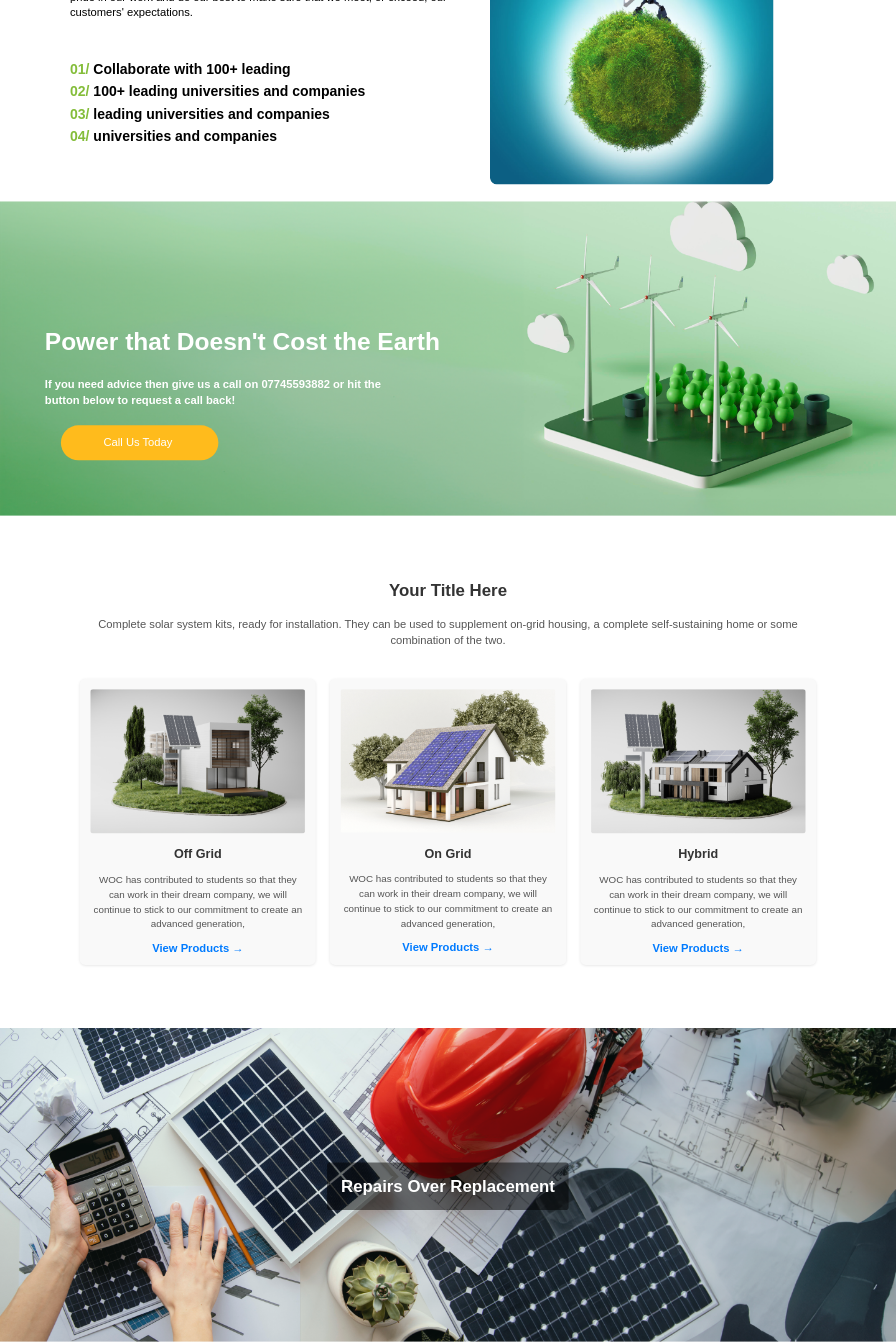
Repository: MaramNabil872/Landing-Page
Page: landingPage.html
These files come from the project's save history. The page is drawn as it stood at one moment and after a run of saves; the edit follows.
The browser window is 1280 px wide. The pictures show the part of the page from y = 1142 to 3062 px (the page is 3062 px tall), at 70% of full size.

Above is the page before, as saved 2024-10-20 22:15:25.

### landingPage.html
<!DOCTYPE html>
<html lang="en">
    <head>
        <meta charset="UTF-8" />
        <meta name="viewport" content="width=device-width, initial-scale=1.0" />
        <title>Landing Page</title>
        <link rel="stylesheet" href="landingPage.css" />
    </head>
    <body>
        <nav class="navbar">
            <div class="logo">MyLogo</div>

            <ul class="nav-links">
                <li><a href="#home">Home</a></li>
                <li><a href="#about">About</a></li>
                <li><a href="#services">Services</a></li>
                <li><a href="#contact">Contact</a></li>
            </ul>
            <div class="call">
                <p>call us</p>
                <h3>+2 01017345</h3>
            </div>
        </nav>

        <div class="image-container">
            <img
                src="images/solar-panels-meadow 1.png"
                alt="Background Image"
                class="background-image"
            />
            <div class="main-text">
                <h2 class="text-wallpaper">
                    Solar Panel Installers <br />
                    In Plymouth
                </h2>
                <br />
                <p class="text-paragraph">
                    Fueled is an award-winning technology consultancy that
                    transforms <br />
                    businesses by generating ideas, building products, and
                    accelerating<br />
                    growth.
                </p>
                <div class="button-container">
                    <button class="button-wallpaper1">Call Us Today</button>
                    <button class="button-wallpaper2">
                        Requst a call back
                    </button>
                </div>
            </div>
        </div>

        <!-- first container -->

        <div class="container1">
            <div class="text-container1">
                <p class="title-container1">
                    The Friendliest Installers <br />in the South-West
                </p>
                <p class="paragraph-container1">
                    At Solidarity Solar our aims are to help our customers
                    towards a sustainable future and genuinely care about the
                    quality of products we use for our installs. We never sell
                    you equipment you don't need and will always advise to the
                    best of our ability, No hard sell or pushy sales tactics
                    ever. We take pride in our work and do our best to make sure
                    that we meet, or exceed, our customers' expectations.
                </p>
                <div class="last-container1">
                    <p>
                        <span class="number-container1">01/ </span>Collaborate
                        with 100+ leading
                    </p>
                    <p>
                        <span class="number-container1">02/ </span> 100+ leading
                        universities and companies
                    </p>
                    <p>
                        <span class="number-container1">03/ </span> leading
                        universities and companies
                    </p>
                    <p>
                        <span class="number-container1">04/ </span> universities
                        and companies
                    </p>
                </div>
            </div>
            <div class="image-container1">
                <img src="images/Rectangle 30.png" alt="solar" />
            </div>
        </div>

        <!-- second section -->

        <div class="section2">
            <img src="images/middle.png" alt="img" />
            <div class="main-text">
                <h2 class="section2-text">Power that Doesn't Cost the Earth</h2>
                <h6 class="section2-paragraph">
                    If you need advice then give us a call on 07745593882 or hit
                    the <br />
                    button below to request a call back!
                </h6>
                <button class="button-wallpaper2">Call Us Today</button>
            </div>
        </div>

        <!-- third section -->

        <div class="white-container">
            <h2 class="title">Your Title Here</h2>
            <p class="text">
                Complete solar system kits, ready for installation. They can be
                used to supplement on-grid housing, a complete self-sustaining
                home or some combination of the two.
            </p>

            <div class="card-container">
                <div class="card">
                    <img src="images/1.png" alt="Image 2" class="card-image" />
                    <h3 class="card-title">Off Grid</h3>
                    <p class="card-text">
                        WOC has contributed to students so that they can work in
                        their dream company, we will continue to stick to our
                        commitment to create an advanced generation,
                    </p>
                    <a href="#" class="card-link">View Products →</a>
                </div>
                <div class="card">
                    <img
                        src="images/solar-panels-meadow 2 (1).png"
                        alt="Image 3"
                        class="card-image"
                    />
                    <h3 class="card-title">On Grid</h3>
                    <p class="card-text">
                        WOC has contributed to students so that they can work in
                        their dream company, we will continue to stick to our
                        commitment to create an advanced generation,
                    </p>
                    <a href="#" class="card-link">View Products →</a>
                </div>
                <div class="card">
                    <img
                        src="images/solar-panels-meadow 3.png"
                        alt="Image 1"
                        class="card-image"
                    />
                    <h3 class="card-title">Hybrid</h3>
                    <p class="card-text">
                        WOC has contributed to students so that they can work in
                        their dream company, we will continue to stick to our
                        commitment to create an advanced generation,
                    </p>
                    <a href="#" class="card-link">View Products →</a>
                </div>
            </div>
        </div>

        <!-- forth section -->


        <div class="forth-image">
            <img src="images/8116 1 (1).png" alt="Full Width Image">
            <div class="overlay-text">
                <h2>Repairs Over Replacement</h2>
                <p></p>
            </div>
        </div>

    </body>
</html>

### landingPage.css
* {
    margin: 0;
    padding: 0;
    box-sizing: border-box; /* Added for consistent sizing */
}

body {
    font-family: Arial, sans-serif;
}
@media (max-width: 480px) {
    .text-overlay {
        font-size: 1.2rem; /* Even smaller text size for very small screens */
    }

    .call h3 {
        font-size: 1.2rem; /* Adjust call size for small screens */
    }
}
@media (max-width: 768px) {
    .navbar {
        flex-direction: column; /* Stack items vertically */
        align-items: flex-start; /* Align items to the left */
    }

    .nav-links {
        margin-top: 10px; /* Space between navbar and links */
    }

    .nav-links li {
        margin-left: 0;
        margin-bottom: 10px; /* Space between links */
    }

    .text-overlay {
        font-size: 1.5rem; /* Smaller text size for mobile */
    }
}


.navbar {
    background-color: #0b9586;
    display: flex;
    justify-content: space-between;
    align-items: center;
    padding: 10px 20px;
    position: relative;
    flex-wrap: wrap; /* Allow items to wrap on smaller screens */
}

.logo {
    color: #fff;
    font-size: 24px;
}

.nav-links {
    list-style: none;
    display: flex;
    flex-wrap: wrap; /* Allow links to wrap on smaller screens */
}

.nav-links li {
    margin-left: 20px;
}

.nav-links a {
    text-decoration: none;
    color: white;
    font-size: 18px;
    transition: color 0.3s;
}

.nav-links a:hover {
    color: #f0a500;
}

.call {
    color: #fff;
    text-align: right; /* Align text to the right */
}

.image-container {
    position: relative;
    width: 100%;
    height: 100vh;
    overflow: hidden;
}

.background-image {
    width: 100%;
    height: 100%;
    object-fit: cover;
}
.main-text{
    position: absolute;
    top: 40%;
    left:5%;
}
.text-wallpaper {


    color: white;
    font-size: 52px;
    font-weight: bold;
    text-shadow: 2px 2px 4px rgba(0, 0, 0, 0.5);
}
.text-paragraph{
    color: white;
    font-size:  20px;

}
.button-container{
    display: flex;
}
.button-wallpaper1 {
    background-color: #0b9586;
    color: white;
    border: none;
    border-radius: 20em;
    padding: 0.8em 1.5em 0.8em 1.2em;
    width: 40%;
    margin: 4%;
    height: 50px;
    font-size: 16px;
    cursor: pointer;
    align-items: center;

}
.button-wallpaper2 {
    background-color:  #FFBB1C;
    ;
    color: white;
    border: none;
    border-radius: 20em;
    padding: 0.8em 1.5em 0.8em 1.2em;
    width: 40%;
    margin: 4%;
    height: 50px;
    font-size: 16px;
    cursor: pointer;
    align-items: center;

}

.container1 {
    display: flex;
    background-color: white;
    padding-top: 10%;
    border-radius: 8px;
    max-width: 1200px;
    margin: 20px auto;


}
.title-container1{
    font-size: 40px;
    font-weight: bold;


}
.text-container1 {
   flex:1;
    padding-right:5%;
padding-left: 5%;}
.paragraph-container1{
    margin-top: 5%;
    line-height: 1.3;
}

.last-container1{
    font-size: 20px;
    font-weight: bold;
    padding-top: 10%;
    line-height: 1.6;
    .number-container1{
        color:#84BD3A;
        ;
    }
}
.image-container1 {
   flex:1
}

.image-container1 img {
    width: 75%;
    height: auto;
    border-radius: 8px;
}


.section2 {
    position: relative;
    width: 100%;
    overflow: hidden;
}

.section2 img {
    width: 100%;
    height: auto; }

.section2-text {
font-size: 35px;
    color: white;

}
.section2-paragraph{
    padding-top: 5%;
    line-height: 1.5;

    font-size: 16px;
    color: white;
}

/* third section */
.white-container {
    background-color: white;
    padding: 5%;
    max-width: 1200px;
    margin: 2% auto;
}

.title {
    margin-bottom: 2%;
    font-size: 24px;
    color: #333;
    text-align: center;

}

.text {
    margin-bottom: 2%;
    font-size: 16px;
    color: #555;
    line-height: 1.5;
    text-align: center;
}

.card-container {
    display: flex;
    justify-content: space-between;
    margin-top: 4%;
}

.card {
    background-color: #f9f9f9;
    border-radius: 8px;
    box-shadow: 0 1px 4px rgba(0, 0, 0, 0.1);
    padding: 15px;
    text-align: center;
    flex: 1;
    margin: 0 10px;
}

.card-image {
    width: 100%;
    height: auto;
    border-radius: 4px;
}

.card-title {
    font-size: 18px;
    color: #333;
    margin-top: 5%;

}

.card-text {
    font-size: 14px;
    color: #555;
    margin-top: 5%;
    margin-bottom: 5%;
    line-height: 1.5;

}

.card-link {
    text-decoration: none;
    color: #007bff;
    font-weight: bold;
}

.card-link:hover {
    text-decoration: underline;
}
@media (max-width: 768px) {
    .card-container {
        flex-direction: column;
    }

    .card {
        flex: 1 1 100%;
        max-width: 100%;
        margin: 10px 0;
    }
}

/* forth css */

.forth-image {
    position: relative;
    width: 100%;
    overflow: hidden;
}

.forth-image img {
    width: 100%;
    height: auto;
}

.overlay-text {
    position: absolute;
    top: 50%;
    left: 50%;
    transform: translate(-50%, -50%);
    color: white;
    text-align: center;
    padding: 20px;
    background-color: rgba(0, 0, 0, 0.5);
    border-radius: 4px;
}

After the next 2 saves:
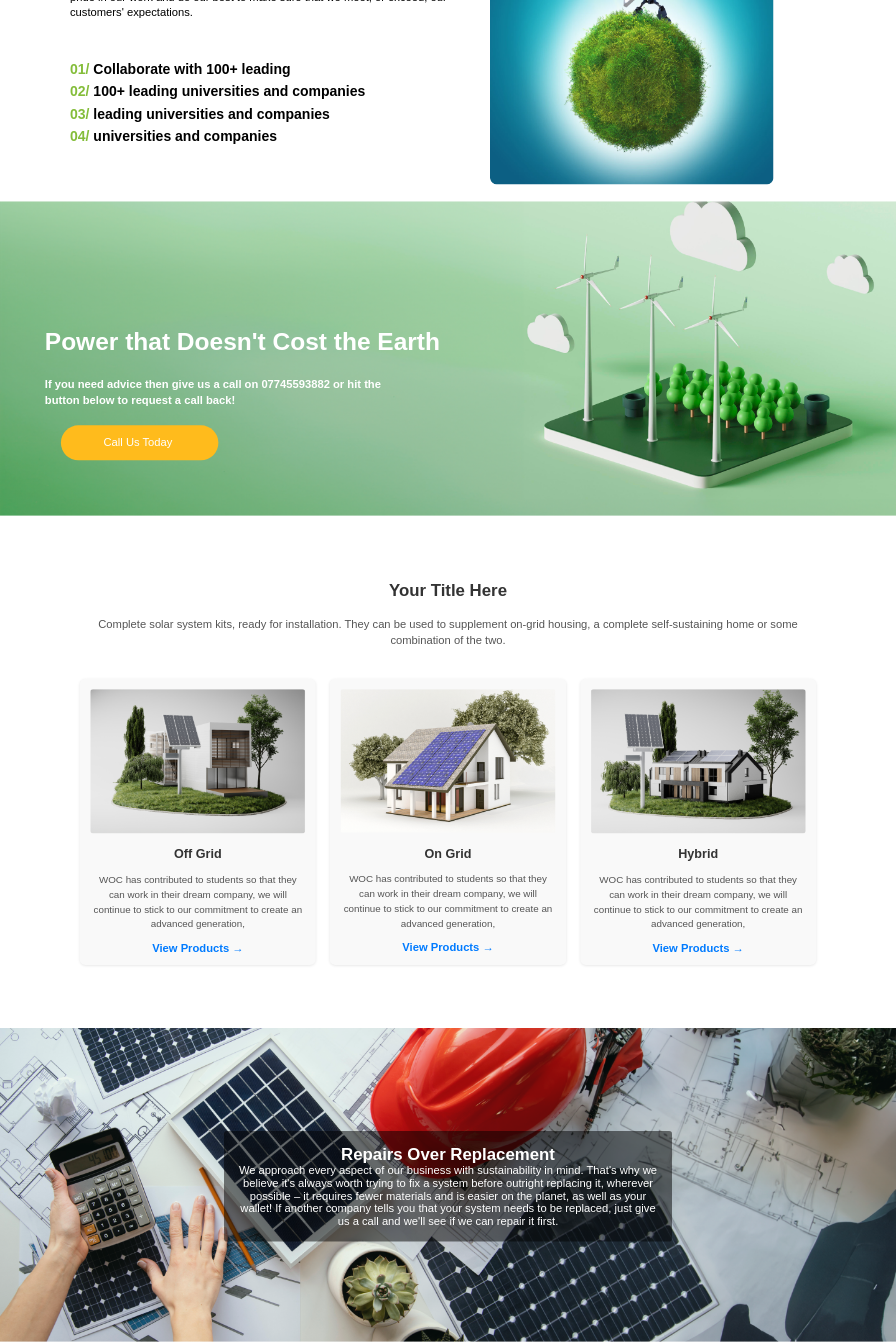
The 2 saves are shown as one change because they came seconds apart.
The last was saved 8 s later.
--- a/landingPage.html
+++ b/landingPage.html
@@ -159,14 +159,20 @@
 
         <!-- forth section -->
 
-
         <div class="forth-image">
-            <img src="images/8116 1 (1).png" alt="Full Width Image">
+            <img src="images/8116 1 (1).png" alt="Full Width Image" />
             <div class="overlay-text">
                 <h2>Repairs Over Replacement</h2>
-                <p></p>
+                <p>
+                    We approach every aspect of our business with sustainability
+                    in mind. That's why we believe it's always worth trying to
+                    fix a system before outright replacing it, wherever possible
+                    – it requires fewer materials and is easier on the planet,
+                    as well as your wallet! If another company tells you that
+                    your system needs to be replaced, just give us a call and
+                    we'll see if we can repair it first.
+                </p>
             </div>
         </div>
-
     </body>
 </html>
